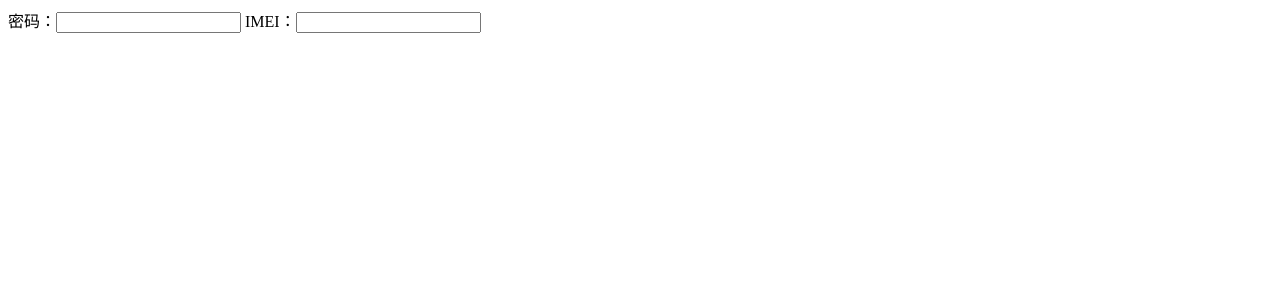
Repository: FlyToper/ActCode
Page: Application/ActivationCode/Home/View/User/show.html
An editor plug-in stored every save of this project. The page is shown before and after the next save, followed by the edit.
The browser window is 1280 px wide. The pictures show the whole page.

Above is the page before, as saved 2016-07-27 01:30:10.

After the next save:
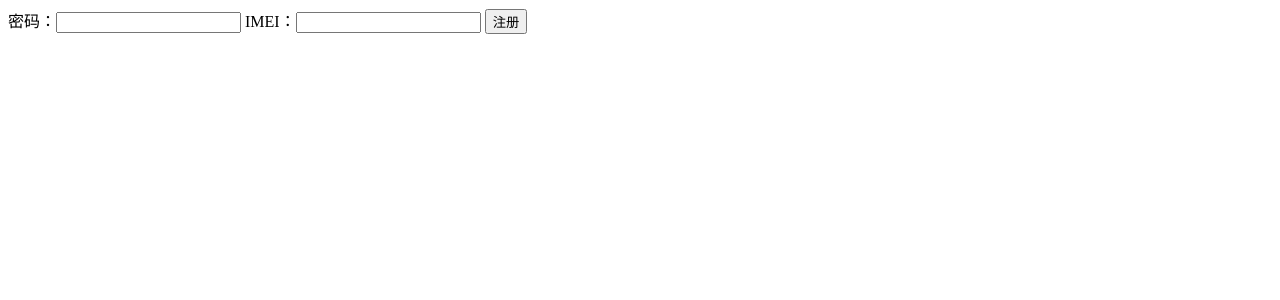
Saved 61 s later.
--- a/Application/ActivationCode/Home/View/User/show.html
+++ b/Application/ActivationCode/Home/View/User/show.html
@@ -6,8 +6,9 @@
 </head>
 <body>
 	<form action="/User/register" method="post">
-	密码：<input tyepe="text" >
-	IMEI：<input tyepe="text" >
+	密码：<input tyepe="text" name="Password">
+	IMEI：<input tyepe="text" name="Imei" >
+	<input type="submit" value="注册">
 	</form>
 </body>
 </html>
